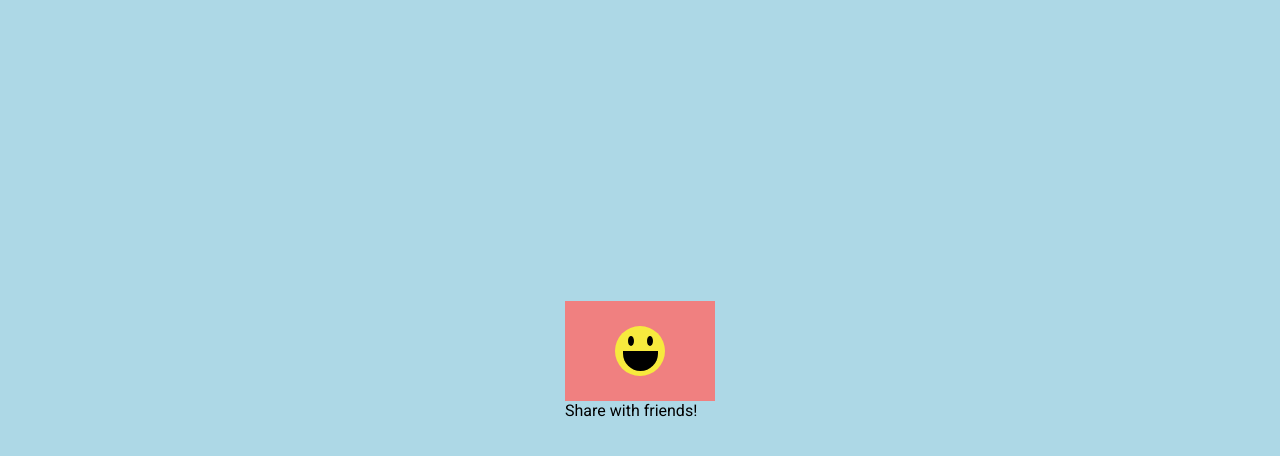
Repository: safak/animation
Page: index.html
An editor plug-in stored every save of this project. The page is shown before and after a run of saves, followed by the edit.
The browser window is 1280 px wide. The pictures show the whole page.

Above is the page before, as saved 2020-12-19 00:28:35.

After the next 3 saves:
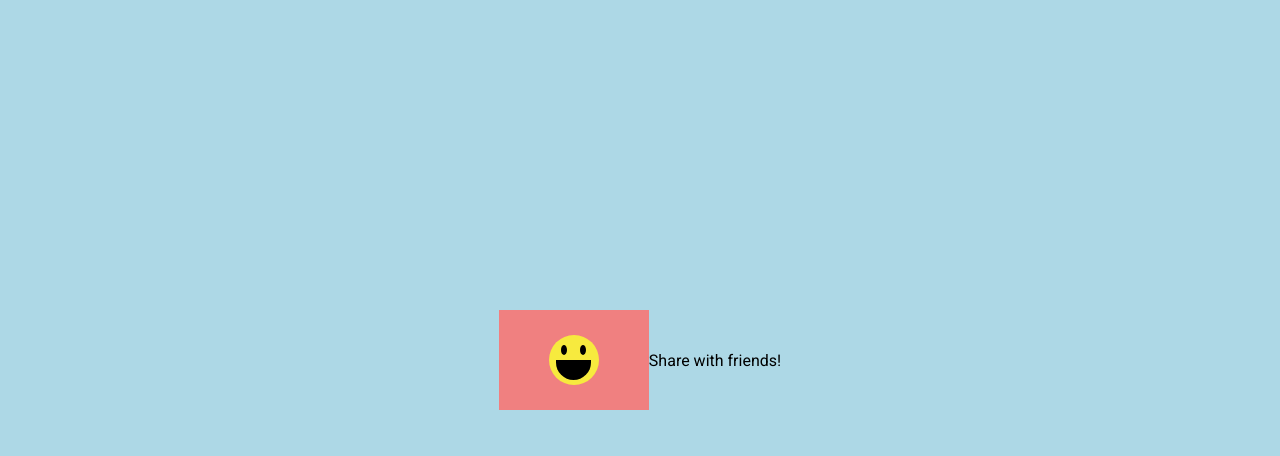
The 3 saves are shown as one change because they came seconds apart.
The last was saved 22 s later.
--- a/style.css
+++ b/style.css
@@ -10,6 +10,11 @@ body {
   min-height: 100vh;
   background: lightblue;
   font-family: "Roboto", sans-serif;
+}
+
+.container{
+  display: flex;
+  align-items: center;
 }
 
 .interactive-container {
